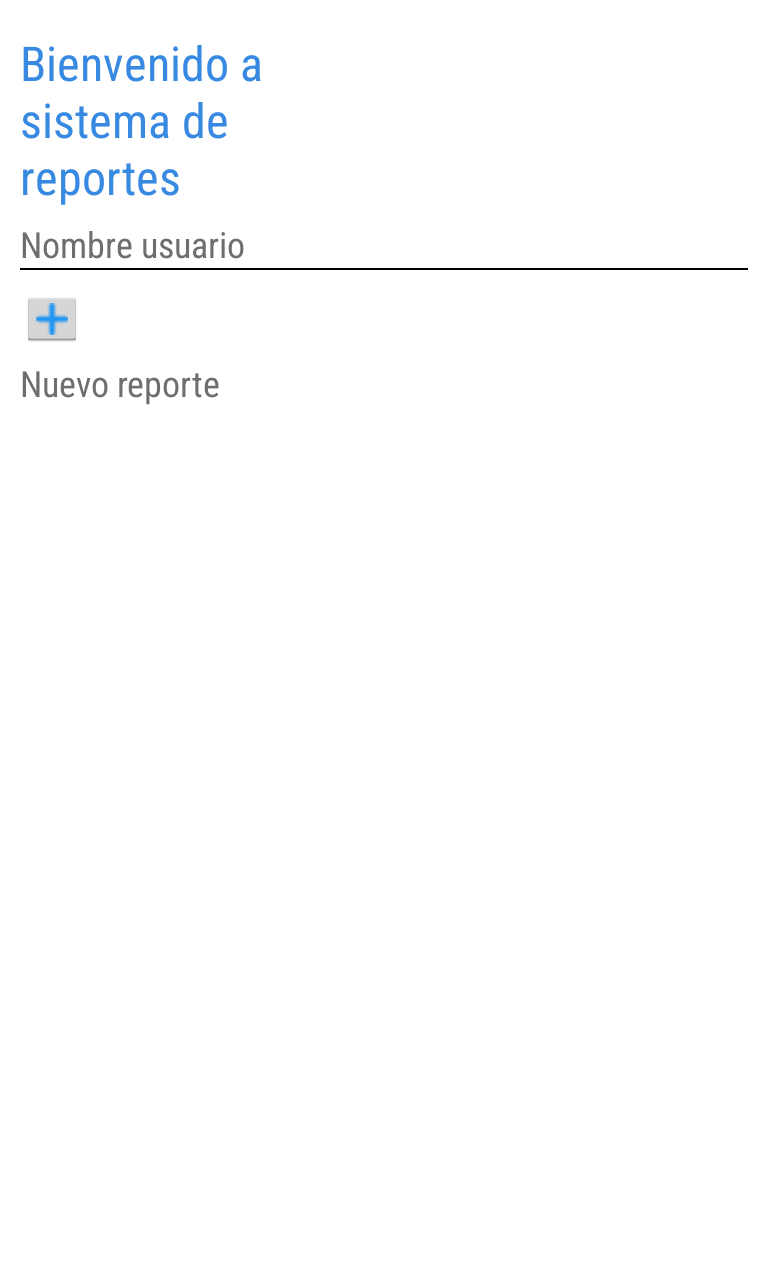
Repository: ramonramirezz/ReportesApp
Layout: Reportes/res/layout/welcome.xml
These files come from the project's save history. The layout is drawn as it stood at one moment and after a run of saves; the edit follows.
It is drawn on a 768 x 1280 px phone screen (xhdpi) without system bars, with theme AppTheme; the app's code is not run. The app's manifest (not shown) leaves right-to-left support off. So textAlignment, textDirection and layoutDirection are ignored, and left and right values win over start and end ones.

Above is the layout before, as saved 2015-11-21 18:51:02.

### Reportes/res/layout/welcome.xml
<?xml version="1.0" encoding="utf-8"?>
<LinearLayout xmlns:android="http://schemas.android.com/apk/res/android"
    android:layout_width="match_parent"
    android:layout_height="match_parent"
    android:orientation="vertical"
    android:textAlignment="center" >


    <LinearLayout
        android:layout_width="fill_parent"
        android:layout_height="wrap_content"
        android:layout_margin="10dp"
        android:orientation="vertical"

        >
        <TextView
	    	android:id="@+id/tvBienvenido"
	    	android:layout_width="188dp"
	    	android:layout_height="wrap_content"
	    	android:fontFamily="sans-serif-condensed"
	    	android:layout_marginTop="5dp"
	    	android:text="Bienvenido a sistema de reportes"
	    	android:textColor="#3789E1"
	    	android:textSize="24dp" />

		<TextView
	    	android:id="@+id/tvNombreUsuario"
	    	android:layout_width="wrap_content"
	    	android:layout_height="wrap_content"
	    	android:fontFamily="sans-serif-condensed"
	    	android:text="Nombre usuario"
	    	android:textColor="#6E6E6E"
	    	android:textSize="18dp"
	    	android:layout_marginTop="5dp"
	    />

		<View
 			android:layout_width="match_parent"
 			android:layout_height="1dp"
 			android:background="@android:color/black" />
        <!-- Create new report -->

        <RelativeLayout
            android:layout_width="wrap_content"
            android:layout_height="wrap_content"
            android:id="@+id/rlNuevoreport"

            >


        </RelativeLayout>
		<ImageButton
		    android:layout_marginTop="10dp"
		    android:layout_width="32dp"
		    android:layout_height="29dp"
		    android:src="@drawable/add" />

		<TextView
		    android:id="@+id/tvNuevoReport"
		    android:layout_width="wrap_content"
		    android:layout_height="wrap_content"
		    android:layout_marginTop="5dp"
		    android:fontFamily="sans-serif-condensed"
		    android:text="Nuevo reporte"
		    android:textColor="#6E6E6E"
		    android:textSize="18dp" />

    </LinearLayout>



</LinearLayout>

Loaded but not shown: Reportes/res/values/styles.xml (common file); Reportes/res/values-v11/styles.xml (common file); Reportes/res/values-v14/styles.xml (common file)

After the next 2 saves:
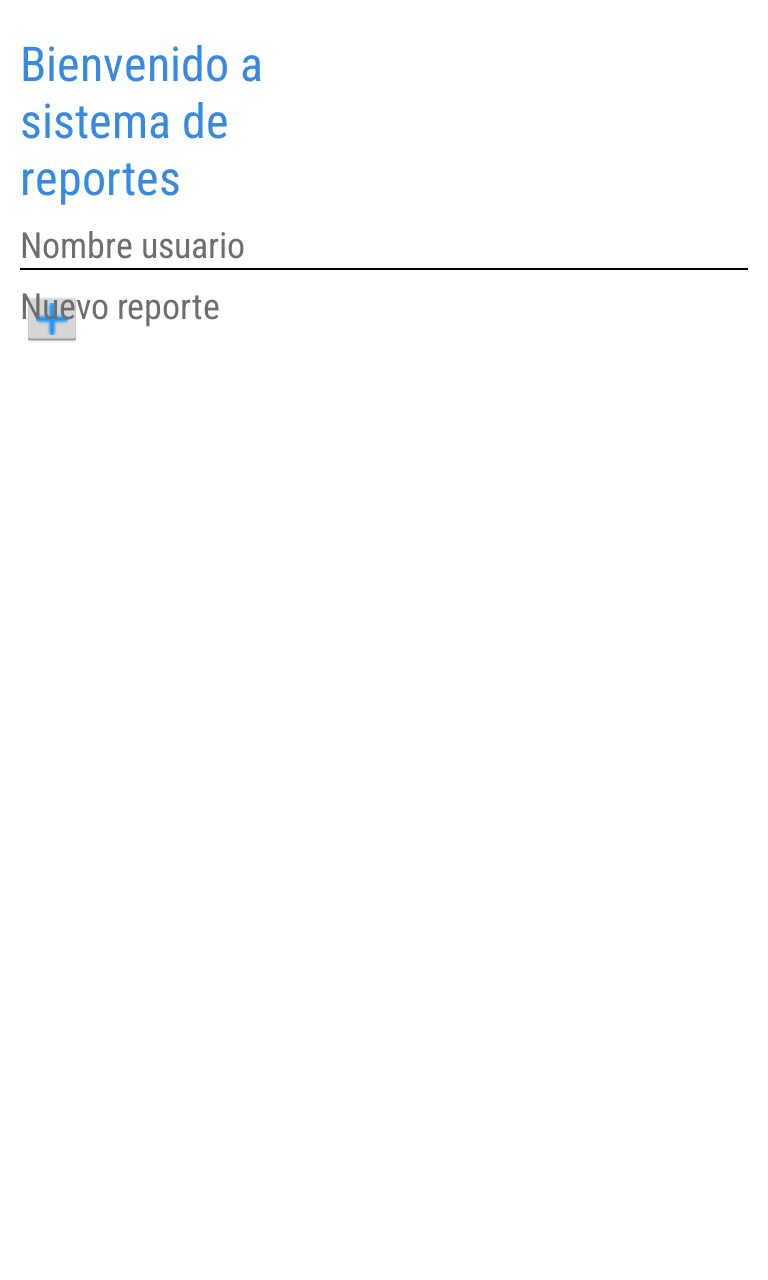
The 2 saves are shown as one change because 1 did not build or start.
The last was saved 53 s later.
--- a/Reportes/res/layout/welcome.xml
+++ b/Reportes/res/layout/welcome.xml
@@ -46,10 +46,7 @@
             android:id="@+id/rlNuevoreport"
 
             >
-
-
-        </RelativeLayout>
-		<ImageButton
+            <ImageButton
 		    android:layout_marginTop="10dp"
 		    android:layout_width="32dp"
 		    android:layout_height="29dp"
@@ -65,6 +62,9 @@
 		    android:textColor="#6E6E6E"
 		    android:textSize="18dp" />
 
+
+        </RelativeLayout>
+
     </LinearLayout>
 
 

After the save that followed:
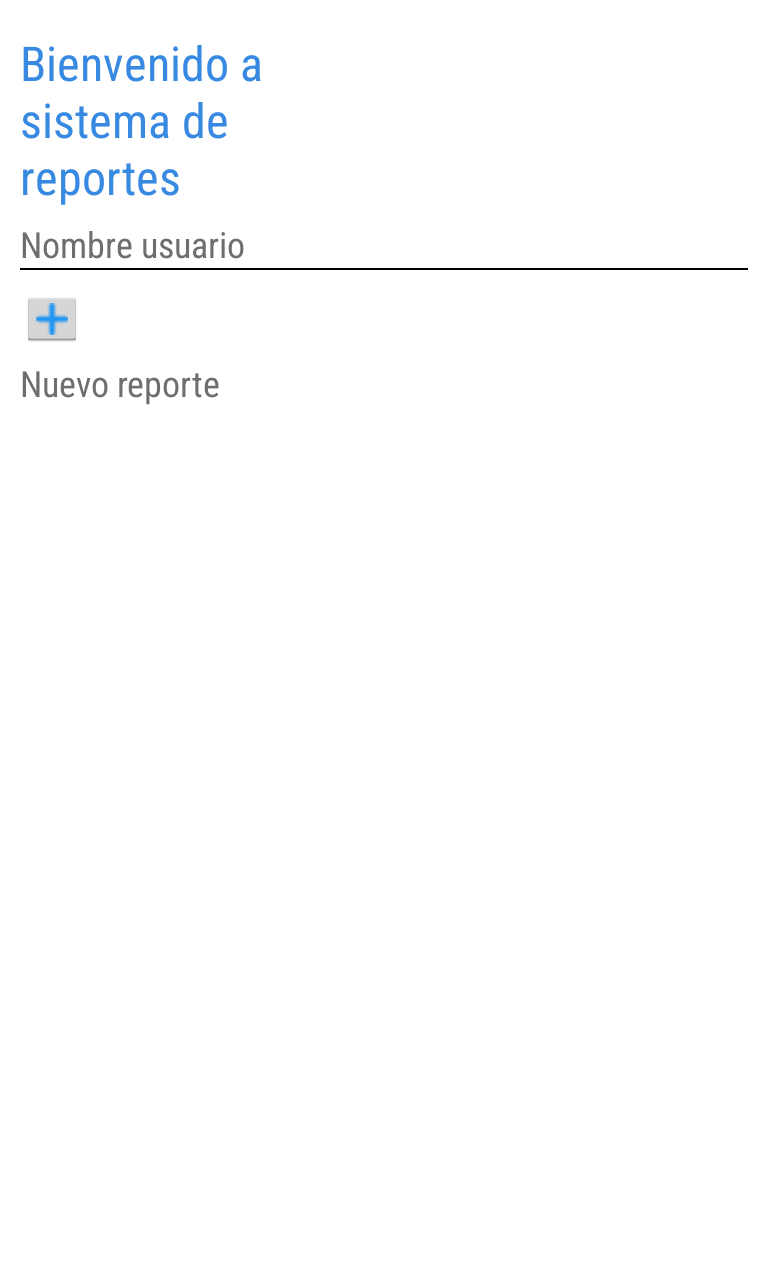
Saved 94 s later.
--- a/Reportes/res/layout/welcome.xml
+++ b/Reportes/res/layout/welcome.xml
@@ -2,7 +2,7 @@
 <LinearLayout xmlns:android="http://schemas.android.com/apk/res/android"
     android:layout_width="match_parent"
     android:layout_height="match_parent"
-    android:orientation="vertical"
+    android:orientation="horizontal"
     android:textAlignment="center" >
 
 
@@ -52,18 +52,18 @@
 		    android:layout_height="29dp"
 		    android:src="@drawable/add" />
 
-		<TextView
-		    android:id="@+id/tvNuevoReport"
-		    android:layout_width="wrap_content"
-		    android:layout_height="wrap_content"
-		    android:layout_marginTop="5dp"
-		    android:fontFamily="sans-serif-condensed"
-		    android:text="Nuevo reporte"
-		    android:textColor="#6E6E6E"
-		    android:textSize="18dp" />
-
 
         </RelativeLayout>
+
+        <TextView
+            android:id="@+id/tvNuevoReport"
+            android:layout_width="wrap_content"
+            android:layout_height="wrap_content"
+            android:layout_marginTop="5dp"
+            android:fontFamily="sans-serif-condensed"
+            android:text="Nuevo reporte"
+            android:textColor="#6E6E6E"
+            android:textSize="18dp" />
 
     </LinearLayout>
 
